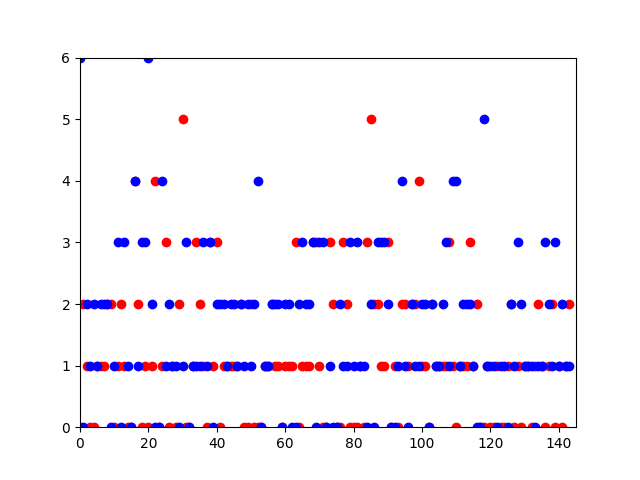
Repository: nelsonalexandrino/python_matplotlib_datavisualization_
Script's output: python LineAndScatterSplots.py
The author's editor kept a copy of each file at every save. The script's output is drawn from the files as they stood at one save, then again after the next save.
Random numbers start from a fixed seed.

Above is the script's output before, as saved 2019-08-25 10:31:26.

### LineAndScatterSplots.py
import matplotlib.pyplot as pyplot

with open('Goals.txt', 'r') as file:
    HomeTeamGoals = [int(x) for x in file.readline().strip(
        '\n').strip(' ').split(' ')]
    AwayTeamGoals = [int(x) for x in file.readline().strip(
        '\n').strip(' ').split(' ')]

xAxis = []
for i in range(len(HomeTeamGoals)):
    xAxis.append(i)

#pyplot.plot(xAxis, AwayTeamGoals, c='red')
pyplot.scatter(xAxis, AwayTeamGoals, c='red')
pyplot.scatter(xAxis, HomeTeamGoals, c='blue')
pyplot.xlim(0, 145)
pyplot.ylim(0, 6)
pyplot.show()

### Goals.txt
6 0 2 1 2 1 2 2 2 0 1 3 0 3 1 0 4 1 3 3 6 2 0 0 4 1 2 1 1 0 1 3 0 1 1 1 3 1 3 0 2 2 2 1 2 2 1 2 1 2 1 2 4 0 1 1 2 2 2 0 2 2 0 0 2 3 2 2 3 0 3 3 0 1 0 0 2 1 1 3 1 3 1 1 0 2 0 3 3 3 2 0 0 1 4 1 0 2 1 1 2 2 0 2 1 1 2 3 1 4 4 1 2 2 2 1 0 0 5 1 1 1 0 1 1 0 2 1 3 2 1 1 1 0 1 1 3 2 1 3 1 2 1 1
0 2 1 0 0 1 1 1 2 2 0 1 2 1 0 0 4 2 0 1 0 1 4 0 1 3 0 1 0 2 5 0 0 1 3 2 1 0 3 1 3 0 1 1 1 1 1 2 0 0 2 0 0 0 1 1 2 1 1 0 1 1 1 3 0 1 1 1 3 3 1 0 0 3 2 0 0 3 2 0 0 0 1 0 3 5 2 2 1 1 3 0 1 0 2 2 1 2 2 4 1 1 0 2 1 1 1 1 3 1 0 1 1 1 3 1 2 0 0 1 0 0 1 0 0 1 2 0 1 0 1 1 0 1 2 1 0 1 2 0 1 0 1 2

After the next save:
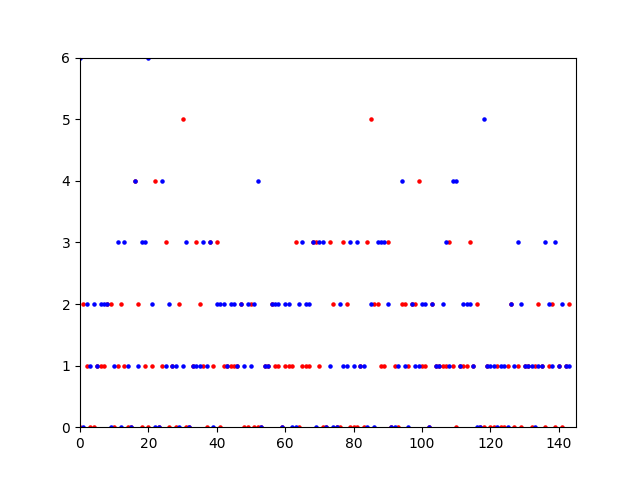
Saved 93 s later.
--- a/LineAndScatterSplots.py
+++ b/LineAndScatterSplots.py
@@ -11,8 +11,8 @@ for i in range(len(HomeTeamGoals)):
     xAxis.append(i)
 
 #pyplot.plot(xAxis, AwayTeamGoals, c='red')
-pyplot.scatter(xAxis, AwayTeamGoals, c='red')
-pyplot.scatter(xAxis, HomeTeamGoals, c='blue')
+pyplot.scatter(xAxis, AwayTeamGoals, c='red', s=5)
+pyplot.scatter(xAxis, HomeTeamGoals, c='blue', s=5)
 pyplot.xlim(0, 145)
 pyplot.ylim(0, 6)
 pyplot.show()
